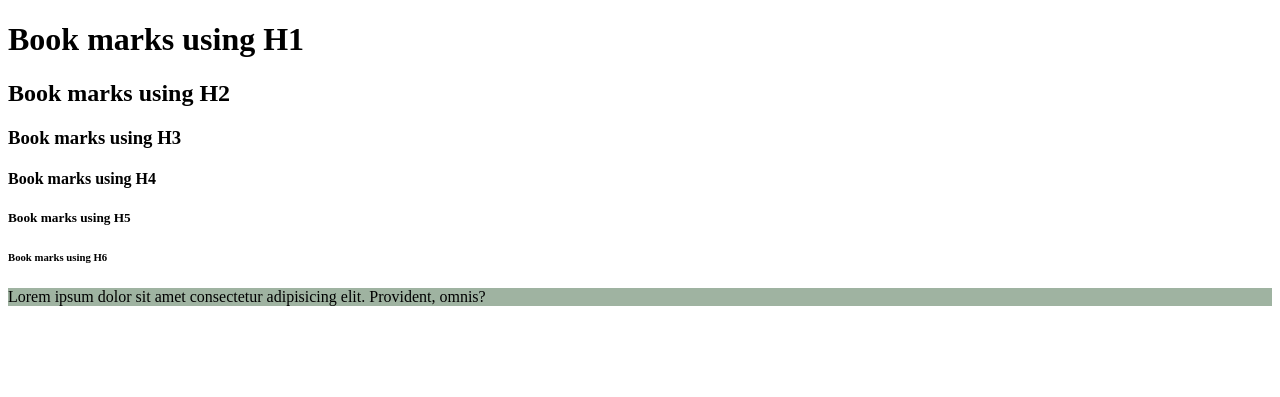
Repository: Mohan2347/Project-2
Page: 2.html
The author's editor kept a copy of each file at every save. The page is drawn from the files as they stood at one save, then again after a run of saves.
The browser window is 1280 px wide. The pictures show the whole page.

Above is the page before, as saved 2024-11-02 20:39:26.

### 2.html
<!DOCTYPE html>
<html lang="en">
<head>
    <meta charset="UTF-8">
    <meta name="viewport" content="width=device-width, initial-scale=1.0">
    <title>MyBookmarks-Mohan</title>
</head>
<body>
    <h1>Book marks using H1</h1>
    <h2>Book marks using H2</h2>
    <h3>Book marks using H3</h3>
    <h4>Book marks using H4</h4>
    <h5>Book marks using H5</h5>
    <h6>Book marks using H6</h6>

    <p style="background-color: rgb(159, 179, 161);">Lorem ipsum dolor sit amet consectetur adipisicing elit. Provident, omnis?</p>
    <p></p>
</body>
</html>

After the next 3 saves:
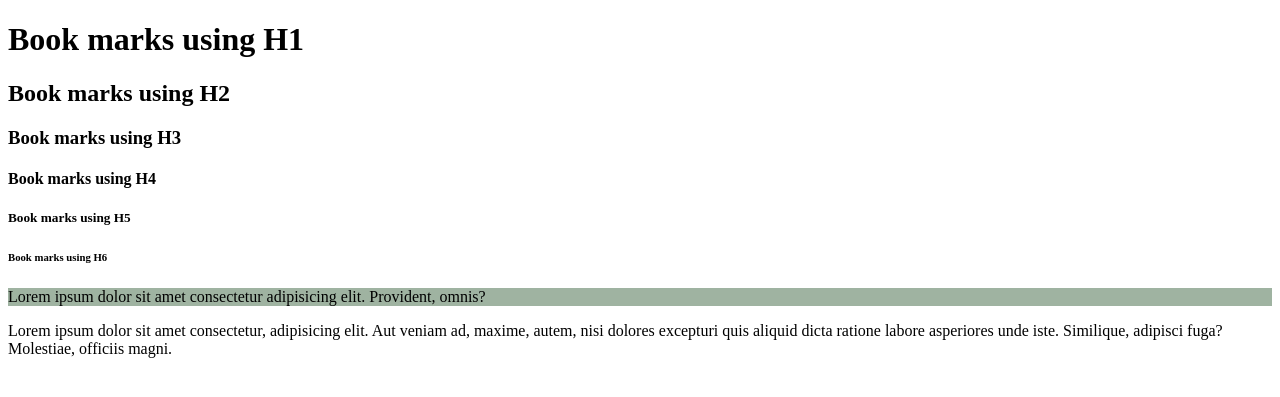
The 3 saves are shown as one change because they came seconds apart.
The last was saved 9 s later.
--- a/2.html
+++ b/2.html
@@ -14,6 +14,6 @@
     <h6>Book marks using H6</h6>
 
     <p style="background-color: rgb(159, 179, 161);">Lorem ipsum dolor sit amet consectetur adipisicing elit. Provident, omnis?</p>
-    <p></p>
+    <p>Lorem ipsum dolor sit amet consectetur, adipisicing elit. Aut veniam ad, maxime, autem, nisi dolores excepturi quis aliquid dicta ratione labore asperiores unde iste. Similique, adipisci fuga? Molestiae, officiis magni.</p>
 </body>
 </html>
